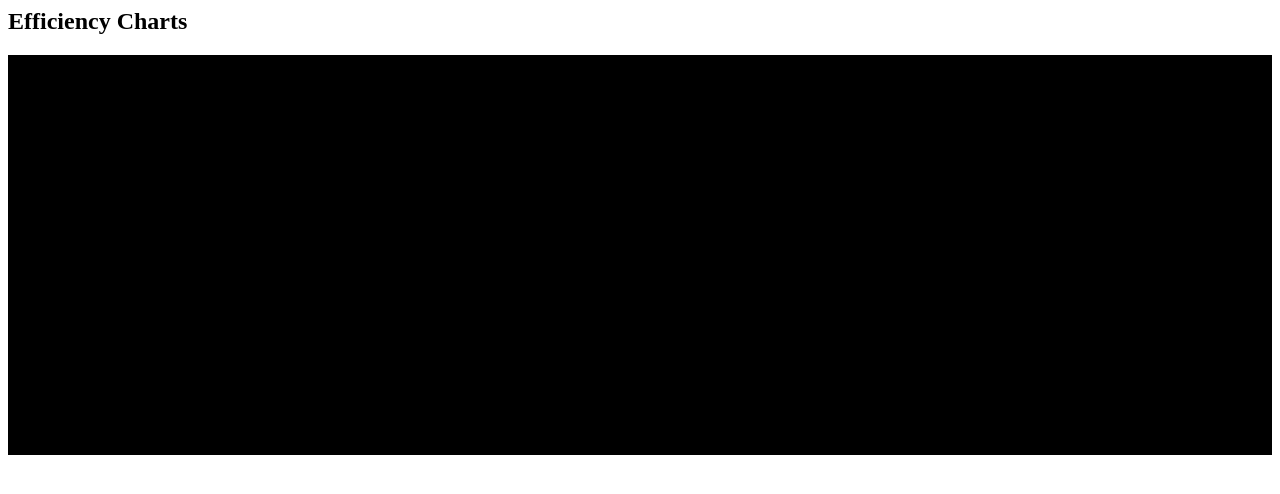
Repository: sau123/IoT-Distributive-System
Page: server/com.assignment2.server/WebContent/_views/efficiency.html
These files come from the project's save history. The page is drawn as it stood at one moment and after the next save; the edit follows.
The browser window is 1280 px wide. The pictures show the whole page.

Above is the page before, as saved 2015-08-03 08:08:44.

### server/com.assignment2.server/WebContent/_views/efficiency.html


<div data-ng-controller="EfficiencyController" ng-init="pageLoad()">
<h2 class = "black1">Efficiency Charts </h2>



<div id="container" style="min-width: 310px; height: 400px; margin: 0 auto;background-color:black"></div>
</div>

After the next save:
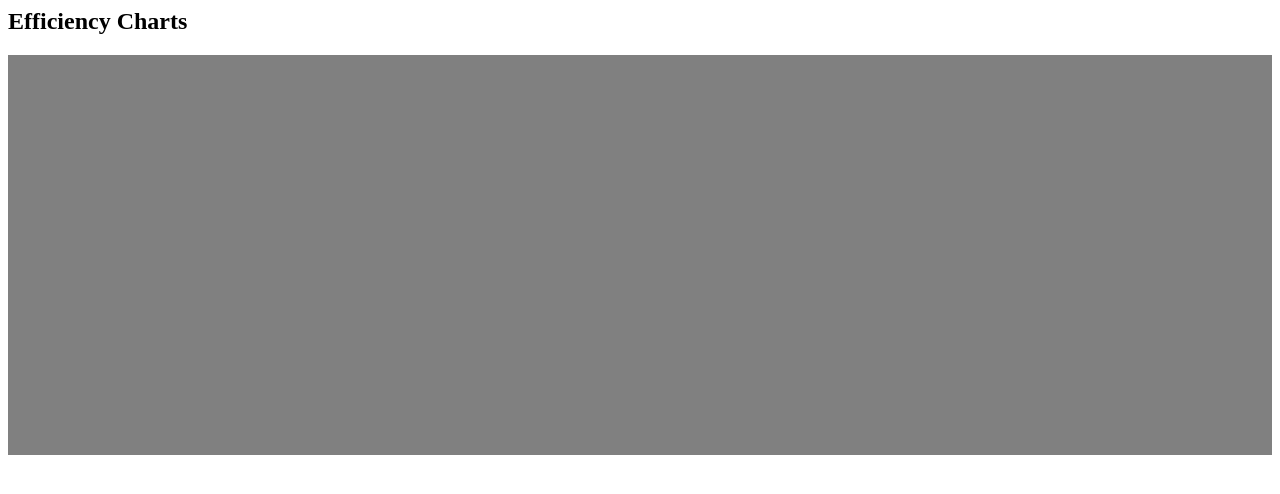
Saved 10 s later.
--- a/server/com.assignment2.server/WebContent/_views/efficiency.html
+++ b/server/com.assignment2.server/WebContent/_views/efficiency.html
@@ -5,5 +5,5 @@
 
 
 
-<div id="container" style="min-width: 310px; height: 400px; margin: 0 auto;background-color:black"></div>
+<div id="container" style="min-width: 310px; height: 400px; margin: 0 auto;background-color:grey"></div>
 </div>
